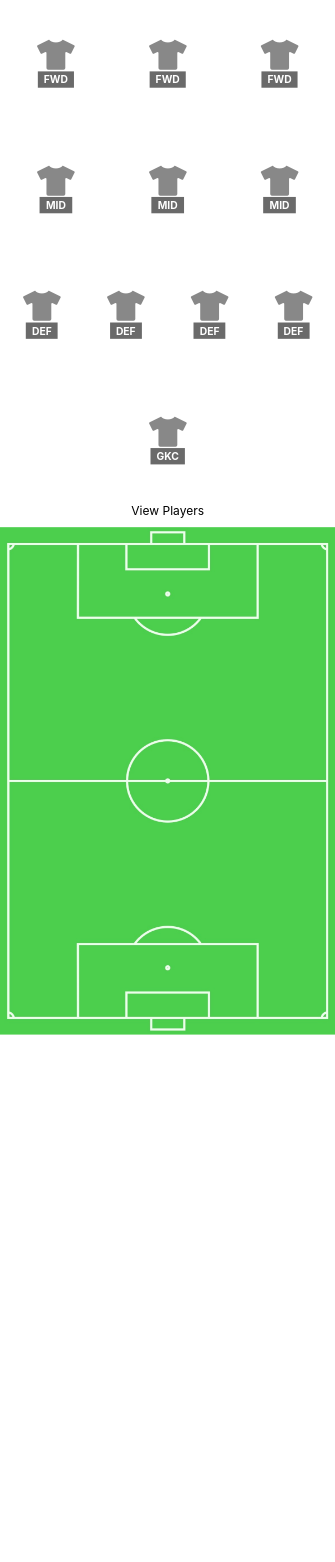
Repository: JavaidAhmadKhan/UEFA
Screen: /
An editor plug-in stored every save of this project. The screen is shown before and after a run of saves, followed by the edit.
The pictures are shown at 86% of full size.
The app was drawn by React Native's web renderer in a window 390 px wide. The project was rebuilt for these pictures with package versions that can differ from the ones it lists, and the page was loaded fresh each time. Some packages were replaced by stand-ins written for this rebuild.

Above is the screen before, as saved 2021-07-07 11:26:06.

After the next 2 saves:
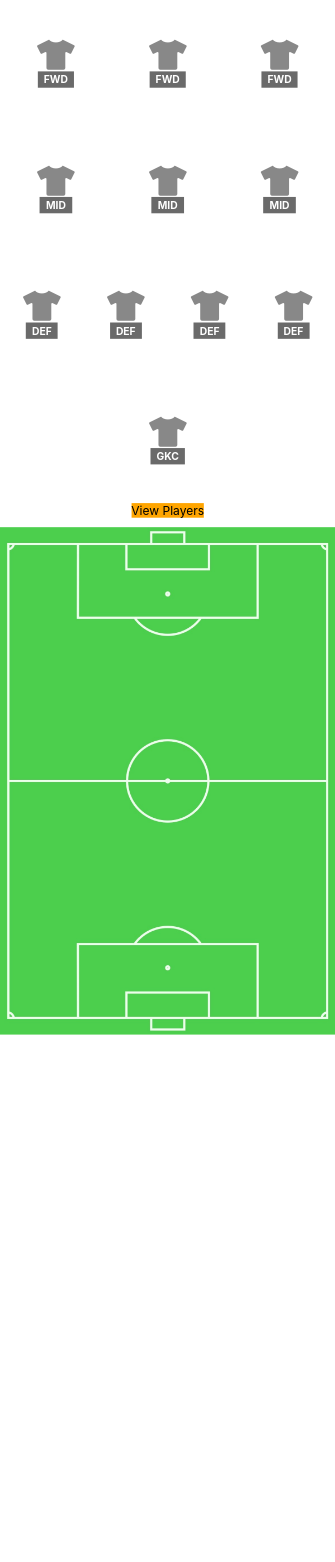
The 2 saves are shown as one change because they came seconds apart.
The last was saved 10 min 47 s later.
--- a/screens/TabOneScreen.tsx
+++ b/screens/TabOneScreen.tsx
@@ -17,7 +17,7 @@ export default function TabOneScreen() {
   return (
     <SafeAreaView style={styles.container}>
       <Field />
-      <Pressable onPress={viewPlayers}>
+      <Pressable onPress={viewPlayers} style={{ backgroundColor: "orange" }}>
         <Text>View Players</Text>
       </Pressable>
     </SafeAreaView>
